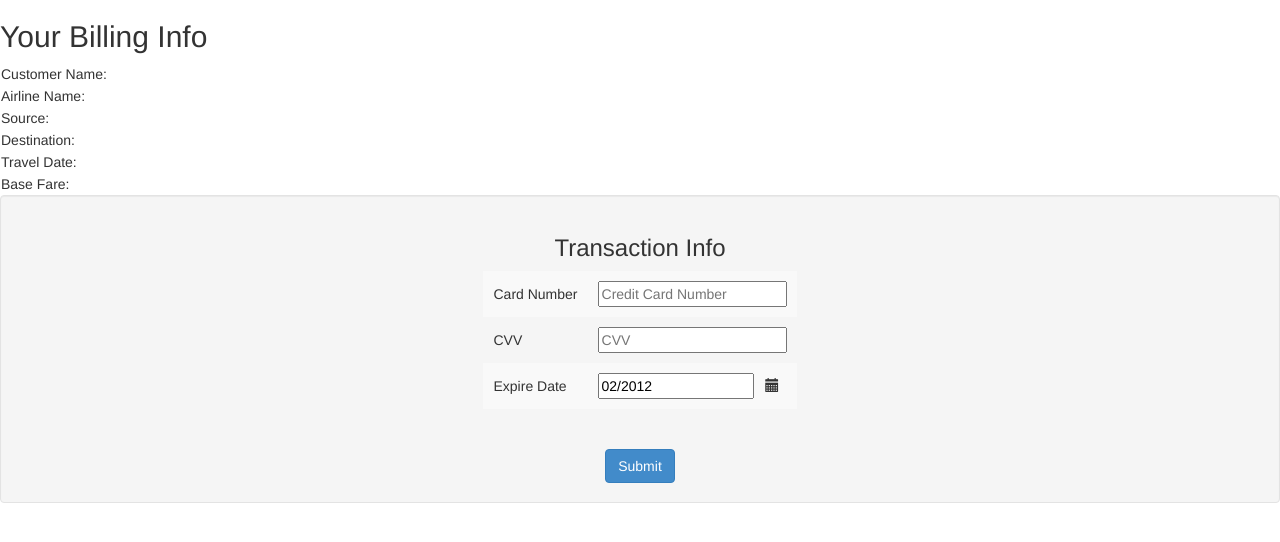
Repository: harshadrane89/CMPE273-WebService-AirlineManagement
Page: http://localhost/AirlineManagementSystemClient/TwitterGUI/TransactionInfo.jsp
These files come from the project's save history. The page is drawn as it stood at one moment and after the next save; the edit follows.
The browser window is 1280 px wide. The pictures show the whole page.
The page is served by Tomcat 9. Nobody is signed in. The application's start-up code is not run. Other server files are loaded and not shown.

Above is the page before, as saved 2013-12-07 08:33:28.

### 273_Project_Tomcat/AirlineManagementSystemClient/WebContent/TwitterGUI/TransactionInfo.jsp
<%@ page language="java" contentType="text/html; charset=US-ASCII"
	pageEncoding="US-ASCII"%>
<!DOCTYPE html PUBLIC "-//W3C//DTD HTML 4.01 Transitional//EN" "http://www.w3.org/TR/html4/loose.dtd">
<html>
<head>
<meta http-equiv="Content-Type" content="text/html; charset=US-ASCII">
<title></title>
<link href="css/bootstrap.min.css" rel="stylesheet" media="screen">
<link href="css/datepicker.css" rel="stylesheet">
<link href="css/prettify.css" rel="stylesheet">
</head>
<body>


	<h2>Your Billing Info</h2>

	<table class="">
		<tr>
			<td>
				Customer Name:
			</td>
		</tr>
		<tr>
			<td>
			Airline Name:
			</td>
		</tr>
		<tr>
			<td>
			Source:
			</td>
		</tr>
		<tr>
			<td>
			Destination:
			</td>
		</tr>
		<tr>
			<td>
			Travel Date:
			</td>
		</tr>
		<tr>
			<td>
			Base Fare:
			</td>
		</tr>

	</table>


	<form action="TransactionServlet" method="get" class="well">
		<center>
			<h3>Transaction Info</h3>

			<table cellpadding="10px" cellspacing="10px" class="table-striped">
				<tr>
					<td>Card Number</td>
					<td><input type="text" placeholder="Credit Card Number"
						name="cardNum"></td>
				</tr>
				<tr>
					<td>CVV</td>
					<td><input type="text" placeholder="CVV" name="cvv"></td>
				</tr>

				<tr>
					<td>Expire Date</td>
					<td><div class="input-append date" id="dpMonths"
							data-date="102/2012" data-date-format="mm/yyyy"
							data-date-viewmode="years" data-date-minviewmode="months">
							<input class="span2" size="16" name="expiryDate" type="text"
								value="02/2012" readonly> &nbsp; <span
								class="add-on glyphicon glyphicon-calendar"></span>
						</div></td>
				</tr>
			</table>
			<br /> <br /> <input type="submit" class="btn btn-primary"
				value="Submit">

		</center>

	</form>

	<script src="js/prettify.js"></script>
	<script src="js/jquery-1.9.1.js"></script>
	<script src="js/bootstrap-datepicker.js"></script>
	<script>
		$(function() {
			window.prettyPrint && prettyPrint();
			$('#dp3').datepicker();
			$('#dpMonths').datepicker();

			var checkin = $('#dpd1').datepicker({
				onRender : function(date) {
					return date.valueOf() < now.valueOf() ? 'disabled' : '';
				}
			}).on('changeDate', function(ev) {
				if (ev.date.valueOf() > checkout.date.valueOf()) {
					var newDate = new Date(ev.date)
					newDate.setDate(newDate.getDate() + 1);
					checkout.setValue(newDate);
				}
				checkin.hide();
				$('#dpd2')[0].focus();
			}).data('datepicker');
			var checkout = $('#dpd2')
					.datepicker(
							{
								onRender : function(date) {
									return date.valueOf() <= checkin.date
											.valueOf() ? 'disabled' : '';
								}
							}).on('changeDate', function(ev) {
						checkout.hide();
					}).data('datepicker');
		});
	</script>
	<script src="http://www.google-analytics.com/urchin.js"
		type="text/javascript">

	</script>
</body>
</html>

### 273_Project_Tomcat/AirlineManagementSystemClient/WebContent/css/datepicker.css
/*!
 * Datepicker for Bootstrap
 *
 * Copyright 2012 Stefan Petre
 * Licensed under the Apache License v2.0
 * http://www.apache.org/licenses/LICENSE-2.0
 *
 */
.datepicker {
  top: 0;
  left: 0;
  padding: 4px;
  margin-top: 1px;
  -webkit-border-radius: 4px;
  -moz-border-radius: 4px;
  border-radius: 4px;
  /*.dow {
    border-top: 1px solid #ddd !important;
  }*/

}
.datepicker:before {
  content: '';
  display: inline-block;
  border-left: 7px solid transparent;
  border-right: 7px solid transparent;
  border-bottom: 7px solid #ccc;
  border-bottom-color: rgba(0, 0, 0, 0.2);
  position: absolute;
  top: -7px;
  left: 6px;
}
.datepicker:after {
  content: '';
  display: inline-block;
  border-left: 6px solid transparent;
  border-right: 6px solid transparent;
  border-bottom: 6px solid #ffffff;
  position: absolute;
  top: -6px;
  left: 7px;
}
.datepicker > div {
  display: none;
}
.datepicker table {
  width: 100%;
  margin: 0;
}
.datepicker td,
.datepicker th {
  text-align: center;
  width: 20px;
  height: 20px;
  -webkit-border-radius: 4px;
  -moz-border-radius: 4px;
  border-radius: 4px;
}
.datepicker td.day:hover {
  background: #eeeeee;
  cursor: pointer;
}
.datepicker td.day.disabled {
  color: #eeeeee;
}
.datepicker td.old,
.datepicker td.new {
  color: #999999;
}
.datepicker td.active,
.datepicker td.active:hover {
  color: #ffffff;
  background-color: #006dcc;
  background-image: -moz-linear-gradient(top, #0088cc, #0044cc);
  background-image: -webkit-gradient(linear, 0 0, 0 100%, from(#0088cc), to(#0044cc));
  background-image: -webkit-linear-gradient(top, #0088cc, #0044cc);
  background-image: -o-linear-gradient(top, #0088cc, #0044cc);
  background-image: linear-gradient(to bottom, #0088cc, #0044cc);
  background-repeat: repeat-x;
  filter: progid:DXImageTransform.Microsoft.gradient(startColorstr='#ff0088cc', endColorstr='#ff0044cc', GradientType=0);
  border-color: #0044cc #0044cc #002a80;
  border-color: rgba(0, 0, 0, 0.1) rgba(0, 0, 0, 0.1) rgba(0, 0, 0, 0.25);
  *background-color: #0044cc;
  /* Darken IE7 buttons by default so they stand out more given they won't have borders */

  filter: progid:DXImageTransform.Microsoft.gradient(enabled = false);
  color: #fff;
  text-shadow: 0 -1px 0 rgba(0, 0, 0, 0.25);
}
.datepicker td.active:hover,
.datepicker td.active:hover:hover,
.datepicker td.active:focus,
.datepicker td.active:hover:focus,
.datepicker td.active:active,
.datepicker td.active:hover:active,
.datepicker td.active.active,
.datepicker td.active:hover.active,
.datepicker td.active.disabled,
.datepicker td.active:hover.disabled,
.datepicker td.active[disabled],
.datepicker td.active:hover[disabled] {
  color: #ffffff;
  background-color: #0044cc;
  *background-color: #003bb3;
}
.datepicker td.active:active,
.datepicker td.active:hover:active,
.datepicker td.active.active,
.datepicker td.active:hover.active {
  background-color: #003399 \9;
}
.datepicker td span {
  display: block;
  width: 47px;
  height: 54px;
  line-height: 54px;
  float: left;
  margin: 2px;
  cursor: pointer;
  -webkit-border-radius: 4px;
  -moz-border-radius: 4px;
  border-radius: 4px;
}
.datepicker td span:hover {
  background: #eeeeee;
}
.datepicker td span.active {
  color: #ffffff;
  background-color: #006dcc;
  background-image: -moz-linear-gradient(top, #0088cc, #0044cc);
  background-image: -webkit-gradient(linear, 0 0, 0 100%, from(#0088cc), to(#0044cc));
  background-image: -webkit-linear-gradient(top, #0088cc, #0044cc);
  background-image: -o-linear-gradient(top, #0088cc, #0044cc);
  background-image: linear-gradient(to bottom, #0088cc, #0044cc);
  background-repeat: repeat-x;
  filter: progid:DXImageTransform.Microsoft.gradient(startColorstr='#ff0088cc', endColorstr='#ff0044cc', GradientType=0);
  border-color: #0044cc #0044cc #002a80;
  border-color: rgba(0, 0, 0, 0.1) rgba(0, 0, 0, 0.1) rgba(0, 0, 0, 0.25);
  *background-color: #0044cc;
  /* Darken IE7 buttons by default so they stand out more given they won't have borders */

  filter: progid:DXImageTransform.Microsoft.gradient(enabled = false);
  color: #fff;
  text-shadow: 0 -1px 0 rgba(0, 0, 0, 0.25);
}
.datepicker td span.active:hover,
.datepicker td span.active:focus,
.datepicker td span.active:active,
.datepicker td span.active.active,
.datepicker td span.active.disabled,
.datepicker td span.active[disabled] {
  color: #ffffff;
  background-color: #0044cc;
  *background-color: #003bb3;
}
.datepicker td span.active:active,
.datepicker td span.active.active {
  background-color: #003399 \9;
}
.datepicker td span.old {
  color: #999999;
}
.datepicker th.switch {
  width: 145px;
}
.datepicker th.next,
.datepicker th.prev {
  font-size: 21px;
}
.datepicker thead tr:first-child th {
  cursor: pointer;
}
.datepicker thead tr:first-child th:hover {
  background: #eeeeee;
}
.input-append.date .add-on i,
.input-prepend.date .add-on i {
  display: block;
  cursor: pointer;
  width: 16px;
  height: 16px;
}

Loaded but not shown: 273_Project_Tomcat/AirlineManagementSystemClient/WebContent/css/bootstrap.min.css (library); 273_Project_Tomcat/AirlineManagementSystemClient/WebContent/css/prettify.css (common file); 273_Project_Tomcat/AirlineManagementSystemClient/WebContent/js/prettify.js (library); 273_Project_Tomcat/AirlineManagementSystemClient/WebContent/js/jquery-1.9.1.js (library); 273_Project_Tomcat/AirlineManagementSystemClient/WebContent/js/bootstrap-datepicker.js (library)

After the next save:
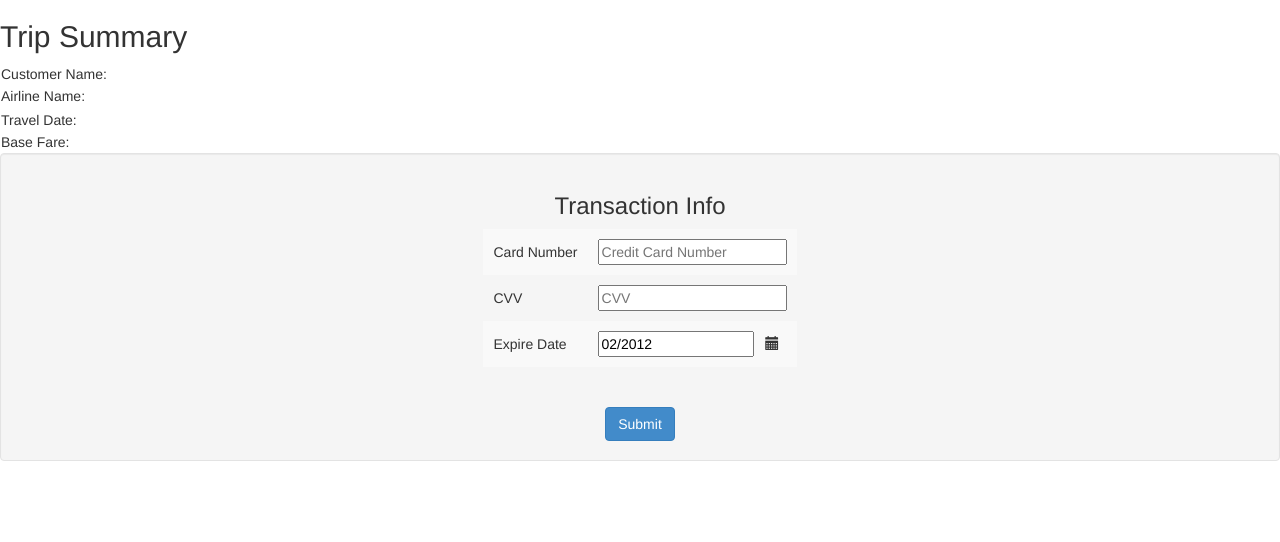
Saved 2 min 39 s later.
--- a/273_Project_Tomcat/AirlineManagementSystemClient/WebContent/TwitterGUI/TransactionInfo.jsp
+++ b/273_Project_Tomcat/AirlineManagementSystemClient/WebContent/TwitterGUI/TransactionInfo.jsp
@@ -12,7 +12,7 @@
 <body>
 
 
-	<h2>Your Billing Info</h2>
+	<h2>Trip Summary</h2>
 
 	<table class="">
 		<tr>
@@ -22,19 +22,16 @@
 		</tr>
 		<tr>
 			<td>
-			Airline Name:
+
+				Airline Name:
 			</td>
 		</tr>
 		<tr>
 			<td>
-			Source:
+
 			</td>
 		</tr>
-		<tr>
-			<td>
-			Destination:
-			</td>
-		</tr>
+
 		<tr>
 			<td>
 			Travel Date:
